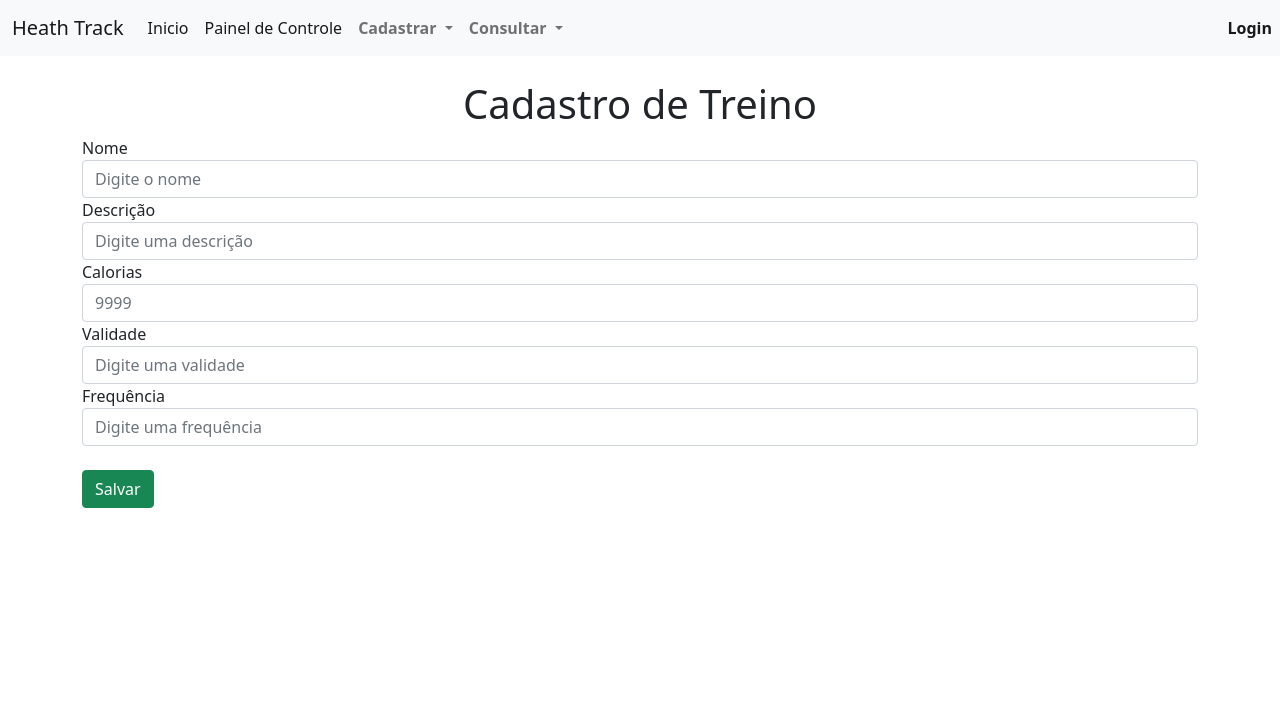
Repository: FellipySantos/HealthTrack_Finalizado
Page: http://localhost/JSPs/cadastro-treino.jsp
These files come from the project's save history. The page is drawn as it stood at one moment and after the next save; the edit follows.
The browser window is 1280 px wide. The pictures show the whole page.
The page is served by Tomcat 9.

Above is the page before, as saved 2021-11-22 23:52:41.

After the next save:
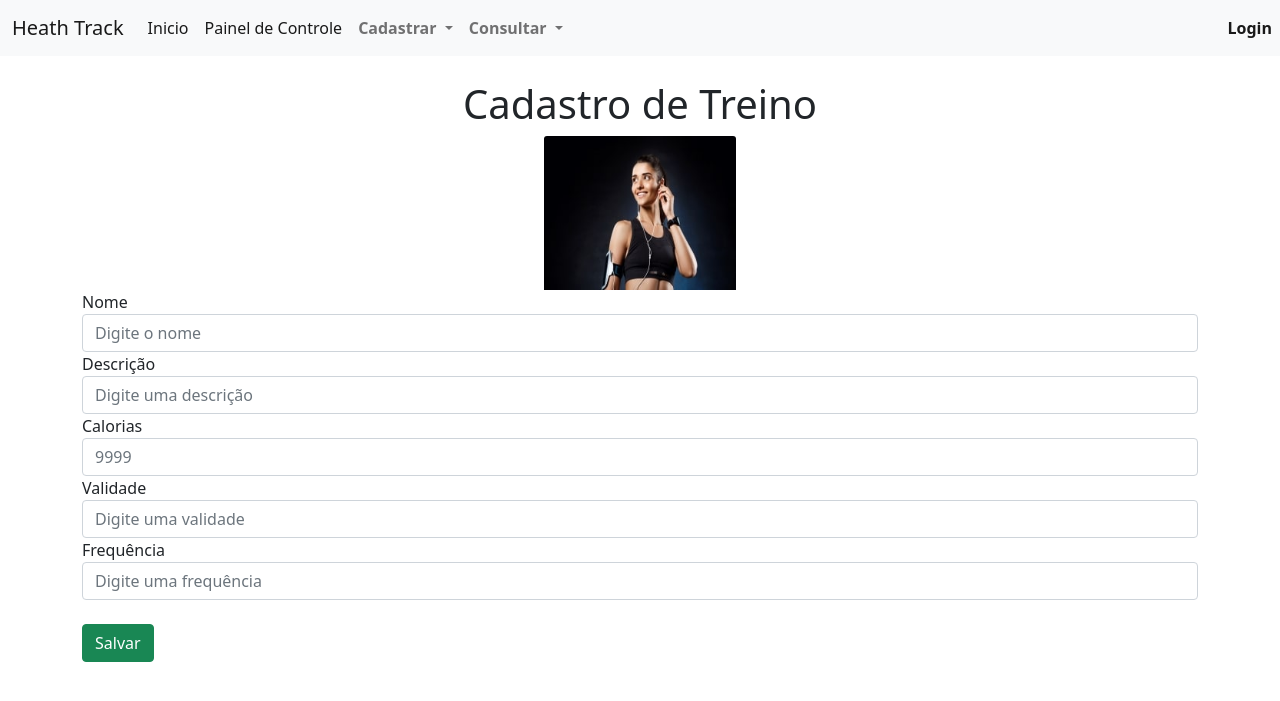
Saved 30 s later.
--- a/JSP/JSPs/WebContent/cadastro-treino.jsp
+++ b/JSP/JSPs/WebContent/cadastro-treino.jsp
@@ -13,6 +13,7 @@
 <div class="container">
     <br>
 	<h1><center>Cadastro de Treino</center></h1>
+			<center> <img src="resources/img/card_imagem_3.jpg" class="card-img-top" alt="..."  style="width: 12rem;"></center>
 	<c:if test="${not empty msg }">
 		<div class="alert alert-success">${msg}</div>
 	</c:if>
